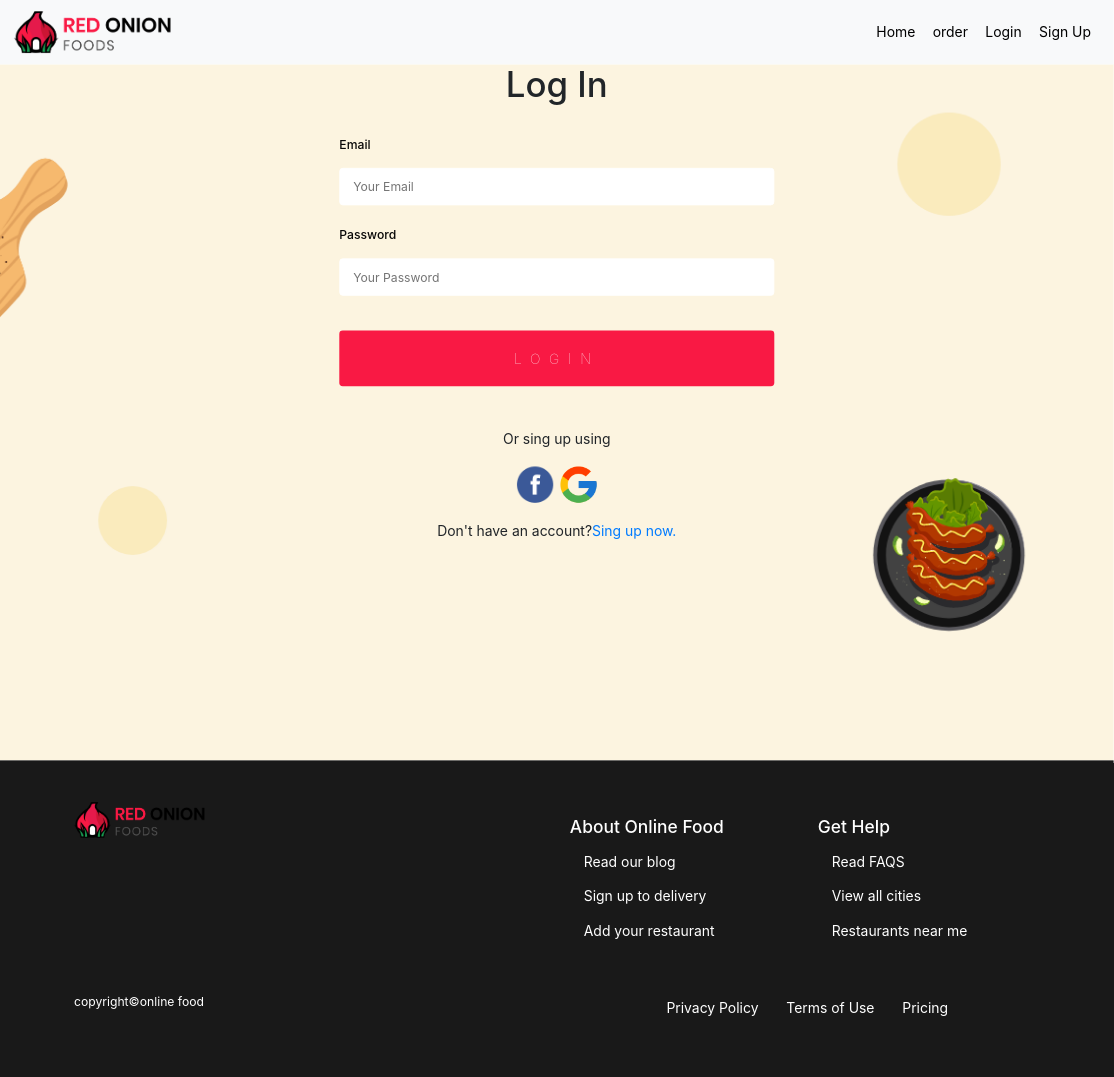
Repository: arif286/red-onion-client
Page: /login
The author's editor kept a copy of each file at every save. The page is drawn from the files as they stood at one save, then again after the next save.
The browser window is 1280 px wide. The pictures show the whole page, at 87% of full size.
The project was rebuilt for these pictures with package versions that can differ from the ones it lists, and the page was loaded fresh each time. Some packages were replaced by stand-ins written for this rebuild. Also part of the build but not shown: src/App.css, src/components/CheckOut/CheckOut.css, src/components/CheckOut/CheckOutForm/CheckOutFrom.js, src/components/CheckOut/CheckOut.js, src/components/SearchBar/SearchBar.css, src/components/SearchBar/SearchBar.js, src/components/FoodDetails/FoodDetail.css, src/components/FoodDetails/FoodDetail.js and 7 more. Imported but missing from the stored project, and not drawn on this page: src/components/CheckOut/Map/Map.

Above is the page before, as saved 2021-04-07 02:39:43.

### public/index.html
<!DOCTYPE html>
<html lang="en">
  <head>
    <meta charset="utf-8" />
    <link rel="icon" href="%PUBLIC_URL%/favicon.ico" />
    <meta name="viewport" content="width=device-width, initial-scale=1" />
    <meta name="theme-color" content="#000000" />
    <meta
      name="description"
      content="Web site created using create-react-app"
    />
    <link rel="apple-touch-icon" href="%PUBLIC_URL%/logo192.png" />
    <!--
      manifest.json provides metadata used when your web app is installed on a
      user's mobile device or desktop. See https://developers.google.com/web/fundamentals/web-app-manifest/
    -->
    <link rel="manifest" href="%PUBLIC_URL%/manifest.json" />

    <!-- <link
      href="https://api.tiles.mapbox.com/mapbox-gl-js/v2.1.1/mapbox-gl.css"
      rel="stylesheet"
    /> -->
    <!--
      Notice the use of %PUBLIC_URL% in the tags above.
      It will be replaced with the URL of the `public` folder during the build.
      Only files inside the `public` folder can be referenced from the HTML.

      Unlike "/favicon.ico" or "favicon.ico", "%PUBLIC_URL%/favicon.ico" will
      work correctly both with client-side routing and a non-root public URL.
      Learn how to configure a non-root public URL by running `npm run build`.
    -->
    <title>Red Onion</title>
  </head>
  <body>
    <noscript>You need to enable JavaScript to run this app.</noscript>
    <div id="root"></div>
    <!--
      This HTML file is a template.
      If you open it directly in the browser, you will see an empty page.

      You can add webfonts, meta tags, or analytics to this file.
      The build step will place the bundled scripts into the <body> tag.

      To begin the development, run `npm start` or `yarn start`.
      To create a production bundle, use `npm run build` or `yarn build`.
    -->
  </body>
</html>

### src/App.js
import "bootstrap/dist/css/bootstrap.min.css";
import React, { createContext, useState } from "react";
import { BrowserRouter as Router, Route, Switch } from "react-router-dom";
import './App.css';
import CheckOut from "./components/CheckOut/CheckOut";
import Map from "./components/CheckOut/Map/Map";
import FoodDetail from "./components/FoodDetails/FoodDetail";
import Footer from "./components/Footer/Footer";
import Header from "./components/Header/Header";
import Home from './components/Home/Home';
import Login from "./components/LogIn/Login";
import Order from "./components/Order/Order";
import SingUp from "./components/SingUp/SingUp";


export const UserContext = createContext();
function App() {
  const [loggedInUser, setLoggedInUser] = useState({});
  return (
    <UserContext.Provider value={[loggedInUser, setLoggedInUser]}>
      <Router>
        <Header />
        <Switch>
          <Route path="/home">
            <Home />
          </Route>
          <Route path="/signUp">
            <SingUp />
          </Route>
          <Route path="/login">
            <Login />
          </Route>
          <Route path="/food/details/:foodId">
            <FoodDetail />
          </Route>
          <Route path='/checkOut'>
            <CheckOut/>
          </Route>
          <Route path='/order'>
            <Order/>
          </Route>
          <Route path='/map'>
            <Map/>
          </Route>
          <Route exact path="/">
            <Home/>
          </Route>
        </Switch>
        <Footer />
      </Router>
    </UserContext.Provider>
  );

}

export default App;

### src/components/Footer/Footer.js
import React from 'react';
import { NavLink } from 'react-bootstrap';
import Logo from '../../onion-restaurent/logo2.png';
import './Footer.css';

const Footer = () => {
    return (
      <footer>
        <div className="container">
          <div className="row pt-5">
            <div className="col-md-6 col-sm-12 pb-4">
              <img className="footer-img" src={Logo} alt="" />
            </div>
            <div className="col-md-3 col-sm-12 pb-4 mt-3">
              <h5 style={{color:'white'}}>About Online Food</h5>
              <ul className="nav flex-column">

                <li className="nav-item">
                  <NavLink className="nav-link footer-link" to="/">
                    Read our blog
                  </NavLink>
                </li>
                <li className="nav-item">
                  <NavLink className="nav-link footer-link" to="/">
                    Sign up to delivery
                  </NavLink>
                </li>
                <li className="nav-item">
                  <NavLink className="nav-link footer-link" to="/">
                    Add your restaurant
                  </NavLink>
                </li>
              </ul>
            </div>
            <div className="col-md-3 col-sm-12 pb-4 mt-3">
              <h5 style={{color:'white'}}>Get Help</h5>
              <ul className="nav flex-column">
                <li className="nav-item">
                  <NavLink className="nav-link footer-link" to="/">
                    Read FAQS
                  </NavLink>
                </li>
                <li className="nav-item">
                  <NavLink className="nav-link footer-link" to="/">
                    View all cities
                  </NavLink>
                </li>
                <li className="nav-item">
                  <NavLink className="nav-link footer-link" to="/">
                    Restaurants near me
                  </NavLink>
                </li>
              </ul>
            </div>
          </div>

          <div className="row align-items-center mt-4">
            <div className="col-md-7">
              <p className='copy-right'>
                <small>
                  copyright<span>&#169;</span>online food
                </small>
              </p>
            </div>
            <div className="col-md-5">
              <div className='d-flex'>
                <NavLink className="footer-link">Privacy Policy</NavLink>
                <NavLink className="footer-link">Terms of Use</NavLink>
                <NavLink className="footer-link">Pricing</NavLink>
              </div>
            </div>
          </div>
        </div>
      </footer>
    );
};

export default Footer;

### src/components/Header/Header.js
import React from 'react';
import { Nav, Navbar } from 'react-bootstrap';
import { NavLink } from 'react-router-dom';
// import { NavLink } from "react-router-dom";
import logo from '../../onion-restaurent/logo2.png';
import './Header.css';
const Header = () => {

    return (
      <div>
        <Navbar bg="light" expand="lg">
          <Navbar.Brand href="#home">
            <img
              src={logo}
              width="180"
              className="d-inline-block align-top"
              alt="React Bootstrap logo"
            />
          </Navbar.Brand>
          <Navbar.Toggle aria-controls="basic-navbar-nav" />
          <Navbar.Collapse id="basic-navbar-nav">
            <Nav className="ml-auto">
              <NavLink className="header-link" to="/home">
                Home
              </NavLink>
              <NavLink className="header-link" to="/order">
                order
              </NavLink>
              <NavLink className="header-link" to="/login">
                Login
              </NavLink>
              <NavLink className="header-link" to="/signUp">
                Sign Up
              </NavLink>
            </Nav>
          </Navbar.Collapse>
        </Navbar>
      </div>
    );
};

export default Header;

### src/components/LogIn/Login.js
import React, { useContext } from "react";
import { useForm } from "react-hook-form";
import { Link, useHistory } from "react-router-dom";
import { UserContext } from "../../App";
import image from "../../onion-restaurent/bannerbackground.png";
import { initializeLoginFramework, logInWithEmailPassword } from "./LoginManager";
import WithoutLogin from "./WithoutLogin";


const bgImage = {
  backgroundImage: `url(${image})`,
  backgroundRepeat: "no-repeat, repeat",
  minHeight: "800px",
  backgroundSize: "cover",
  backgroundPosition: "bottom",
};
const Login = () => {
  const [loggedInUser, setLoggedInUser] = useContext(UserContext);
console.log(loggedInUser, loggedInUser.displayName);
  let history = useHistory()
  const { register, handleSubmit, errors } = useForm();
  const onSubmit = (data) => {
      initializeLoginFramework();
      const {email, password} = data
      logInWithEmailPassword(email, password)
        .then(res => {
          setLoggedInUser(res);
          history.push('/home')
        })
        .catch(error => {
          setLoggedInUser(error);
        })
  };

  return (
    <div style={bgImage}>
      <div className="container">
        <h1 className="form-header">Log In</h1>
        {loggedInUser.email && (
          <div className="d-flex justify-content-center">
            <p
              style={{ width: "500px" }}
              className="alert alert-success"
              role="alert"
            >
              You have login successfully!
            </p>
          </div>
        )}
        <form className="form-submit" onSubmit={handleSubmit(onSubmit)}>
          <label htmlFor="email">Email</label>
          <input
            defaultValue={loggedInUser?.email}
            name="email"
            placeholder="Your Email"
            type="email"
            ref={register({
              required: true,
              pattern: /^(([^<>()[\]\\.,;:\s@"]+(\.[^<>()[\]\\.,;:\s@"]+)*)|(".+"))@((\[[0-9]{1,3}\.[0-9]{1,3}\.[0-9]{1,3}\.[0-9]{1,3}\])|(([a-zA-Z\-0-9]+\.)+[a-zA-Z]{2,}))$/,
            })}
          />
          {errors.email && <p>Your email is invalid</p>}
          <label htmlFor="password">Password</label>
          <input
            defaultValue={loggedInUser?.password}
            name="password"
            placeholder="Your Password"
            type="password"
            ref={register({
              required: true,
              pattern: /^(?=.*\d)(?=.*[a-z])(?=.*[A-Z]).{6,20}$/,
            })}
          />
          {errors.password && (
            <p>
              password between 6 to 20 characters which contain one numeric
              digit, one uppercase and one lowercase letter.
            </p>
          )}
          <input type="submit" value="Login" />
        </form>
        {!setLoggedInUser.success && (
          <p className="text-center">{setLoggedInUser.error}</p>
        )}
        <div>
          <WithoutLogin />
          <p className="text-center">
            Don't have an account?
            <Link to="/singUp">Sing up now.</Link>
          </p>
        </div>
      </div>
    </div>
  );
};

export default Login;

### src/components/Footer/Footer.css
.footer-img {
  width: 150px;
}
footer {
  background-color: #191919;
  padding-bottom: 60px;
}
.footer-link {
  color: white;
}
.footer-link:hover {
  color: #878787;
}
.copy-right {
  color: white;
}

### src/components/Header/Header.css
.header-link {
  color: black;
  display: inline-block;
  padding: 10px;
}
.header-link:hover {
  text-decoration: none;
  color: #777777;
}
.cart-btn {
  border: none;
  background: none;
}

### src/components/LogIn/LoginManager.js
import firebase from "firebase/app";
import "firebase/auth";
import firebaseConfig from "./firebase.config";


export const initializeLoginFramework = () => {
  if (firebase.apps.length === 0) {
    firebase.initializeApp(firebaseConfig);
  }
};

const provider = new firebase.auth.GoogleAuthProvider();

export const handleGoogleSingIn = () => {
    return firebase
      .auth()
      .signInWithPopup(provider)
      .then((result) => {

          const { displayName, email, phoneNumber, photoURL } = result.user;
          const signInUser = {
              isSignIn: true,
              name: displayName,
              email: email,
              phone: phoneNumber,
              photo: photoURL,
          };
          return signInUser;
      })
      .catch((error) => {
        // Handle Errors here.
        const signInUser = {
          isSignIn: false,
          name: '',
          email: '',
          password: '',
          phone: '',
          photo: '',
        }
        signInUser.error = error.message;
        return signInUser;
      });
}
export const logInWithEmailPassword = (email, password) => {
    return firebase
      .auth()
      .signInWithEmailAndPassword(email, password)
      .then(res => {
        const newUserInfo = res.user
        newUserInfo.error = '';
        newUserInfo.success = true;
        return newUserInfo;
          })
      .catch((error) => {
        const newUserInfo = {}
        newUserInfo.error = error.message;
        newUserInfo.success = false;
        console.log(error.message)
        return newUserInfo;
      });
}

export const createAccountWithEmailPassword = (email, password, name) => {
  return firebase
    .auth()
    .createUserWithEmailAndPassword(email, password)
    .then((res) => {
      const newUserInfo = res.user
      newUserInfo.error = '';
      newUserInfo.success = true;
      updateUserName(name);
      return newUserInfo;
    })
    .catch((error) => {
      console.log(error);
      const newUserInfo = {}
      newUserInfo.error = error.message;
      newUserInfo.success = false;
      return newUserInfo;
    });
};

const updateUserName = (name) => {
  const user = firebase.auth().currentUser;

  user
    .updateProfile({
      displayName: name,
    })
    .then(function () {
      // Update successful.
      console.log("user name update");
    })
    .catch(function (error) {
      // An error happened.
      console.log(error);
    });
};

const fbProvider = new firebase.auth.FacebookAuthProvider();

export const handleFacebookSignIn = () => {
   return firebase
    .auth()
    .signInWithPopup(fbProvider)
    .then((result) => {
      const { displayName, email, phoneNumber, photoURL } = result.user;
      const signInUser = {
        isSignIn: true,
        name: displayName,
        email: email,
        phone: phoneNumber,
        photo: photoURL,
      };
      return signInUser;
    })
     .catch((error) => {
      console.log(error);
      const signInUser = {
        isSignIn: false,
        name: "",
        email: "",
        password: "",
        phone: "",
        photo: "",
      };
      signInUser.error = error.message;
      return signInUser;
    });
}

### src/components/LogIn/WithoutLogin.js
import React, { useContext } from 'react';
import { useHistory, useLocation } from "react-router-dom";
import { UserContext } from '../../App';
import facebook from "../../onion-restaurent/ICON/Facebook.png";
import google from "../../onion-restaurent/ICON/Google.png";
import "./Login.css";
import {
    handleFacebookSignIn,
    handleGoogleSingIn,
    initializeLoginFramework
} from "./LoginManager";


const WithoutLogin = () => {
    const [loggedInUser, setLoggedInUser] = useContext(UserContext);
    const history = useHistory();
    const location = useLocation();
    const { from } = location.state || { from: { pathname: "/" } };

    initializeLoginFramework();

      const handleGoogleLogin = () => {
        handleGoogleSingIn().then((res) => {
          console.log(res);
          setLoggedInUser(res);
          history.replace(from);
        });
        console.log("click me");
    };

      const handleFacebookLogin = () => {
        handleFacebookSignIn()
          .then((res) => {
            setLoggedInUser(res);
          })
          .catch((error) => {
            setLoggedInUser(error);
          });
      };
    return (
      <div className="mt-5">
        <p className="text-center">Or sing up using</p>
        <div className="d-flex justify-content-center">
          <p className="icon">
            <img onClick={handleFacebookLogin} src={facebook} alt="" />
          </p>
          <p className="icon">
            <img onClick={handleGoogleLogin} src={google} alt="" />
          </p>
        </div>
      </div>
    );
};

export default WithoutLogin;

### src/components/SingUp/SingUp.css
.form-submit {
  max-width: 500px;
  margin: 0 auto;
}

.form-header {
  /* font-weight: 100; */
  text-align: center;
  padding-bottom: 10px;
}

.form {
  background: #0e101c;
  max-width: 400px;
  margin: 0 auto;
}

.form-submit p {
  color: #bf1650;
}

.form-submit p::before {
  display: inline;
  content: "⚠ ";
}

.form-submit input {
  display: block;
  box-sizing: border-box;
  width: 100%;
  border-radius: 4px;
  border: 1px solid white;
  padding: 10px 15px;
  margin-bottom: 10px;
  font-size: 14px;
}

.form-submit label {
  line-height: 2;
  text-align: left;
  display: block;
  margin-bottom: 13px;
  margin-top: 20px;
  color: #080707;
  font-size: 14px;
  font-weight: 500;
}

button[type="submit"],
.form-submit input[type="submit"] {
  background: #f91944;
  color: white;
  text-transform: uppercase;
  border: none;
  margin-top: 40px;
  padding: 20px;
  font-size: 16px;
  font-weight: 100;
  letter-spacing: 10px;
}

button[type="submit"]:hover,
.form-submit input[type="submit"]:hover {
  background: #ee1e47;
}

/* button[type="submit"]:active,
.form-submit input[type="button"]:active,
.form-submit input[type="submit"]:active {
  transition: 0.3s all;
  transform: translateY(3px);
  border: 1px solid transparent;
  opacity: 0.8;
}

.form-submit input:disabled {
  opacity: 0.4;
}

.form-submit input[type="button"]:hover {
  transition: 0.3s all;
}

button[type="submit"],
.form-submit input[type="button"],
.form-submit input[type="submit"] {
  -webkit-appearance: none;
}

.App {
  max-width: 600px;
  margin: 0 auto;
}

button[type="button"] {
  display: block;
  appearance: none;
  background: #333;
  color: white;
  border: none;
  text-transform: uppercase;
  padding: 10px 20px;
  border-radius: 4px;
}

pre {
  color: white;
}

hr {
  margin-top: 30px;
}

button {
  display: block;
  appearance: none;
  margin-top: 40px;
  border: 1px solid #333;
  margin-bottom: 20px;
  text-transform: uppercase;
  padding: 10px 20px;
  border-radius: 4px;
} */

### src/components/LogIn/firebase.config.js
const firebaseConfig = {
  apiKey: "AIzaSyBWzfoc-TsST_RbsttCqWiNlDbUF6bRq4I",
  authDomain: "red-onion-food-shop.firebaseapp.com",
  projectId: "red-onion-food-shop",
  storageBucket: "red-onion-food-shop.appspot.com",
  messagingSenderId: "577645791834",
  appId: "1:577645791834:web:0a8111144bda71c388e663",
};
export default firebaseConfig;

### src/components/LogIn/Login.css
.icon img {
  width: 50px;
}

Loaded but not shown: src/index.js (common file); src/index.css (common file); src/reportWebVitals.js (common file)

After the next save:
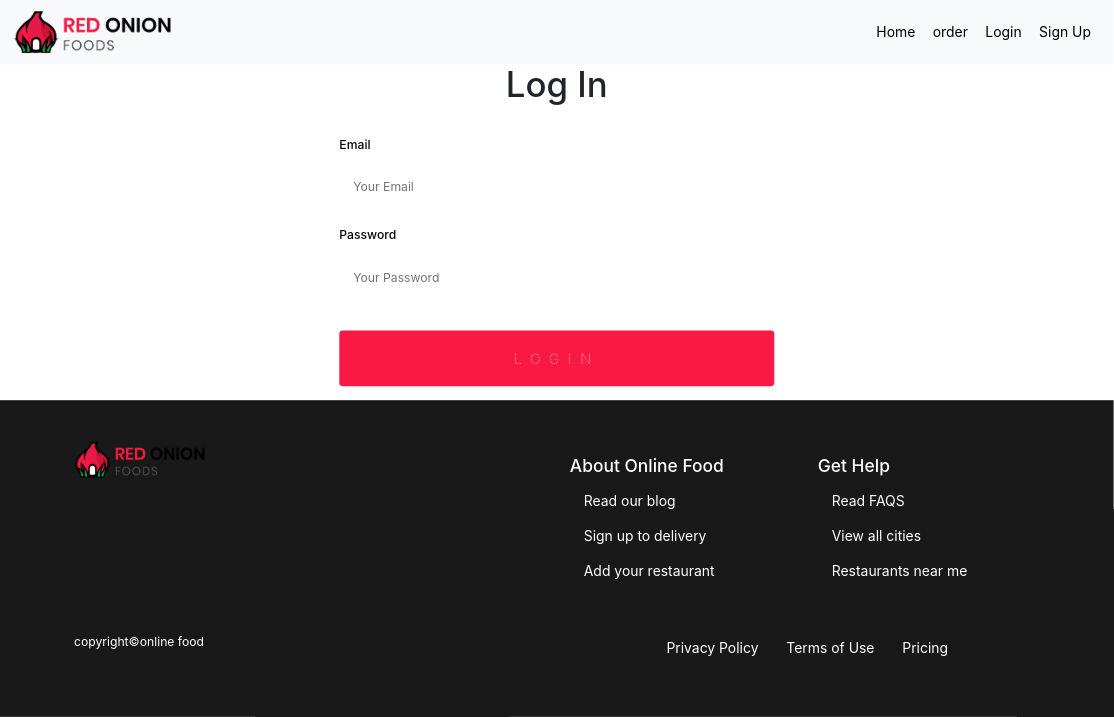
Saved 116 s later.
--- a/src/components/LogIn/Login.js
+++ b/src/components/LogIn/Login.js
@@ -1,19 +1,10 @@
 import React, { useContext } from "react";
 import { useForm } from "react-hook-form";
-import { Link, useHistory } from "react-router-dom";
+import { useHistory } from "react-router-dom";
 import { UserContext } from "../../App";
-import image from "../../onion-restaurent/bannerbackground.png";
 import { initializeLoginFramework, logInWithEmailPassword } from "./LoginManager";
-import WithoutLogin from "./WithoutLogin";
 
 
-const bgImage = {
-  backgroundImage: `url(${image})`,
-  backgroundRepeat: "no-repeat, repeat",
-  minHeight: "800px",
-  backgroundSize: "cover",
-  backgroundPosition: "bottom",
-};
 const Login = () => {
   const [loggedInUser, setLoggedInUser] = useContext(UserContext);
 console.log(loggedInUser, loggedInUser.displayName);
@@ -33,7 +24,7 @@ console.log(loggedInUser, loggedInUser.displayName);
   };
 
   return (
-    <div style={bgImage}>
+    <>
       <div className="container">
         <h1 className="form-header">Log In</h1>
         {loggedInUser.email && (
@@ -82,15 +73,8 @@ console.log(loggedInUser, loggedInUser.displayName);
         {!setLoggedInUser.success && (
           <p className="text-center">{setLoggedInUser.error}</p>
         )}
-        <div>
-          <WithoutLogin />
-          <p className="text-center">
-            Don't have an account?
-            <Link to="/singUp">Sing up now.</Link>
-          </p>
-        </div>
       </div>
-    </div>
+    </>
   );
 };
 
